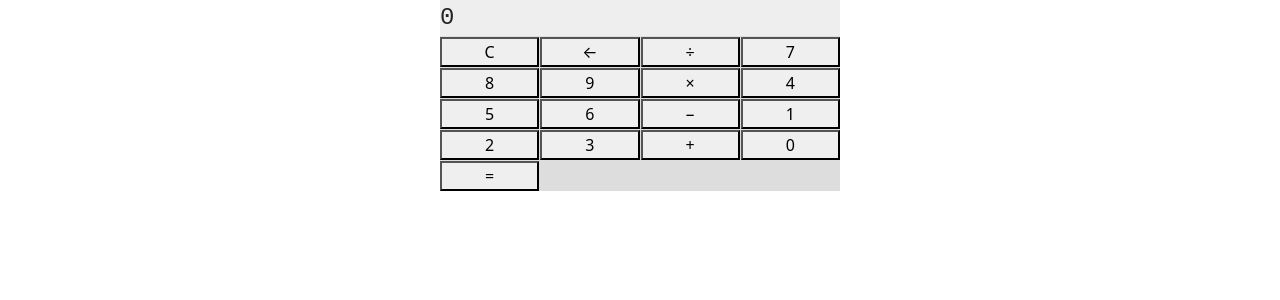
Repository: jgramirez0210/LAB-calculator
Page: index.html
The author's editor kept a copy of each file at every save. The page is drawn from the files as they stood at one save, then again after a run of saves.
The browser window is 1280 px wide. The pictures show the whole page.

Above is the page before, as saved 2023-10-10 20:37:17.

After the next 2 saves:
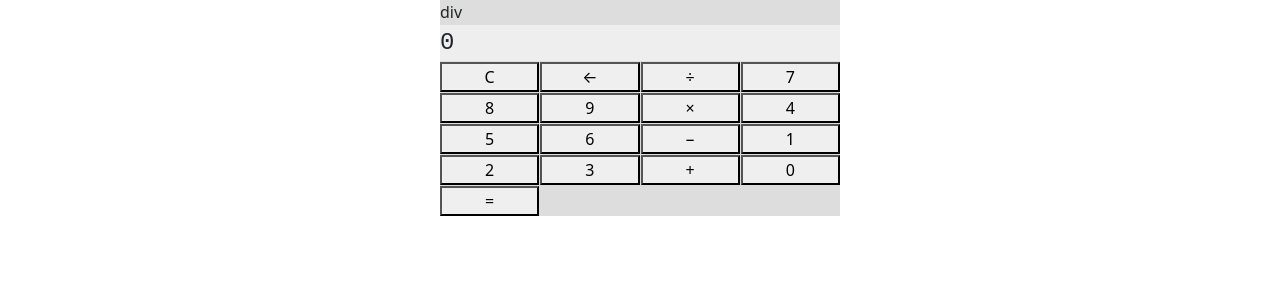
The 2 saves are shown as one change because they came seconds apart.
The last was saved 5 min 37 s later.
--- a/index.html
+++ b/index.html
@@ -9,6 +9,7 @@
 </head>
 <body>
   <div class="calculator-wrapper">
+    div
     <div id="display">0</div>
     <button id="clear-btn">C</button>
     <button id="back-btn">←</button>
